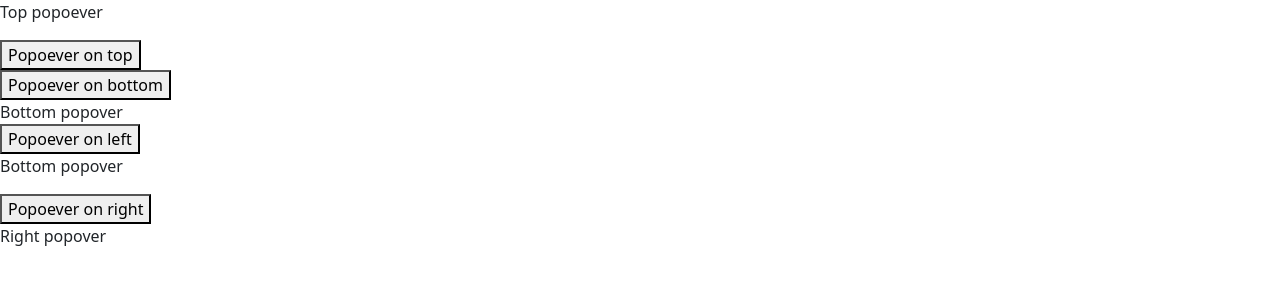
Repository: 1509Long/1509long.github.io
Page: exam.html
The author's editor kept a copy of each file at every save. The page is drawn from the files as they stood at one save, then again after the next save.
The browser window is 1280 px wide. The pictures show the whole page.

Above is the page before, as saved 2022-05-24 20:25:35.

### exam.html
<!DOCTYPE html>
<html lang="en">
  <head>
    <title>Title</title>
    <!-- Required meta tags -->
    <meta charset="utf-8" />
    <meta
      name="viewport"
      content="width=device-width, initial-scale=1, shrink-to-fit=no"
    />

    <!-- Bootstrap CSS v5.0.2 -->
    <link
      rel="stylesheet"
      href="https://cdn.jsdelivr.net/npm/bootstrap@5.0.2/dist/css/bootstrap.min.css"
      integrity="sha384-EVSTQN3/azprG1Anm3QDgpJLIm9Nao0Yz1ztcQTwFspd3yD65VohhpuuCOmLASjC"
      crossorigin="anonymous"
    />
    <style>
      .toggleA {
        visibility: hidden;
      }
    </style>
  </head>
  <body>
      <div class="part1">
        <div>
          <div class="toggle" id="top"><p>Top popoever</p></div>
          <button id="button" onclick="boxA()">Popoever on top</button>
        </div>
        <div>
          <button id="bottom" onclick="boxB()">Popoever on bottom</button>
          <div class="toggle" id="button">Bottom popover</div>
        </div>
        <div>
          <button class="button-left" onclick="boxC()">Popoever on left</button>
          <div class="toggle" id="button"><p>Bottom popover</p></div>
        </div>
        <div>
          <button class="button-right" onclick="boxD()">Popoever on right</button>
          <div class="toggle" id="button"><p>Right popover</p></div>
        </div>
      </div>



    <!-- Bootstrap JavaScript Libraries -->
    <script src="https://unpkg.com/@popperjs/core@2"></script>
    <script
      src="https://cdn.jsdelivr.net/npm/@popperjs/core@2.9.2/dist/umd/popper.min.js"
      integrity="sha384-IQsoLXl5PILFhosVNubq5LC7Qb9DXgDA9i+tQ8Zj3iwWAwPtgFTxbJ8NT4GN1R8p"
      crossorigin="anonymous"
    ></script>
    <script
      src="https://cdn.jsdelivr.net/npm/bootstrap@5.0.2/dist/js/bootstrap.min.js"
      integrity="sha384-cVKIPhGWiC2Al4u+LWgxfKTRIcfu0JTxR+EQDz/bgldoEyl4H0zUF0QKbrJ0EcQF"
      crossorigin="anonymous"
    ></script>

    <script>
      function boxA () {
        let click = document.getElementById("top");
        console.log(click);
        click.classList.toggle("toggle");
      }

      function boxB () {
        let click = document.getElementById("bottom");
        console.log(click);
        click.classList.toggle("toggle");
      }

      function boxC () {
        let click = document.getElementById("top");
        console.log(click);
        click.classList.toggle("toggleA");
      }

      function boxD () {
        let click = document.getElementById("top");
        console.log(click);
        click.classList.toggle("toggleA");
      }
    </script>
  </body>
</html>

After the next save:
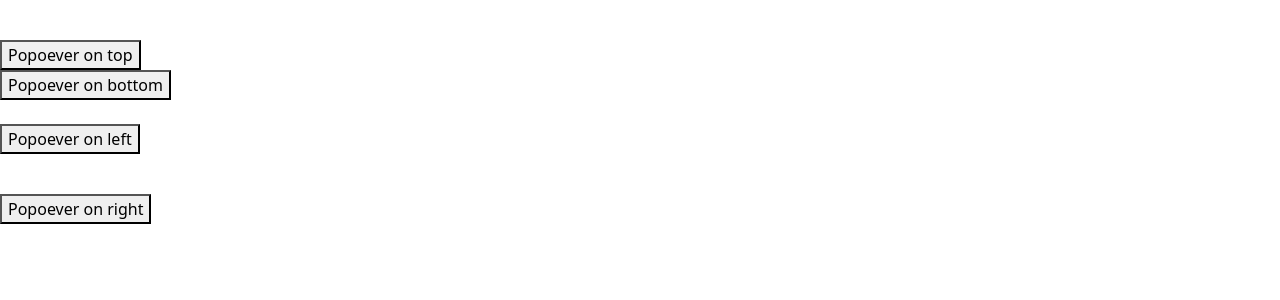
Saved 7 s later.
--- a/exam.html
+++ b/exam.html
@@ -17,7 +17,7 @@
       crossorigin="anonymous"
     />
     <style>
-      .toggleA {
+      .toggle {
         visibility: hidden;
       }
     </style>

After the save that followed:
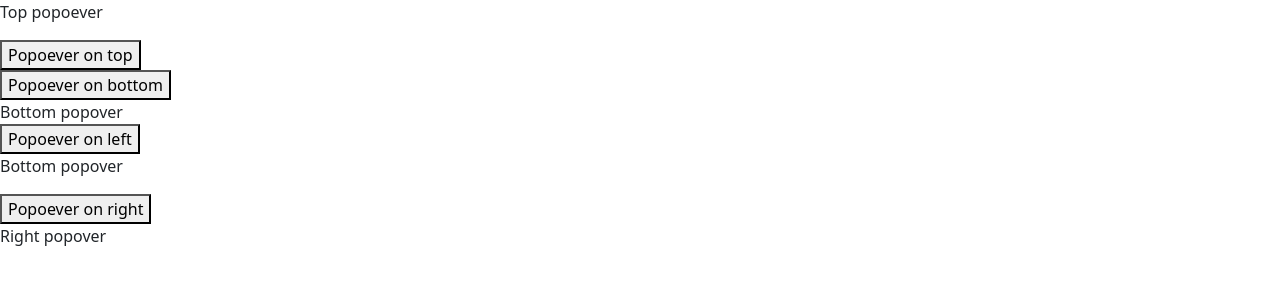
Saved 113 s later.
--- a/exam.html
+++ b/exam.html
@@ -25,20 +25,20 @@
   <body>
       <div class="part1">
         <div>
-          <div class="toggle" id="top"><p>Top popoever</p></div>
+          <div class="toggle-top" id="top"><p>Top popoever</p></div>
           <button id="button" onclick="boxA()">Popoever on top</button>
         </div>
         <div>
           <button id="bottom" onclick="boxB()">Popoever on bottom</button>
-          <div class="toggle" id="button">Bottom popover</div>
+          <div class="toggle-bottom" id="bottom">Bottom popover</div>
         </div>
         <div>
           <button class="button-left" onclick="boxC()">Popoever on left</button>
-          <div class="toggle" id="button"><p>Bottom popover</p></div>
+          <div class="toggle-left" id="left"><p>Bottom popover</p></div>
         </div>
         <div>
           <button class="button-right" onclick="boxD()">Popoever on right</button>
-          <div class="toggle" id="button"><p>Right popover</p></div>
+          <div class="toggle-right" id="right"><p>Right popover</p></div>
         </div>
       </div>
 
@@ -71,13 +71,13 @@
       }
 
       function boxC () {
-        let click = document.getElementById("top");
+        let click = document.getElementById("left");
         console.log(click);
         click.classList.toggle("toggleA");
       }
 
       function boxD () {
-        let click = document.getElementById("top");
+        let click = document.getElementById("right");
         console.log(click);
         click.classList.toggle("toggleA");
       }
